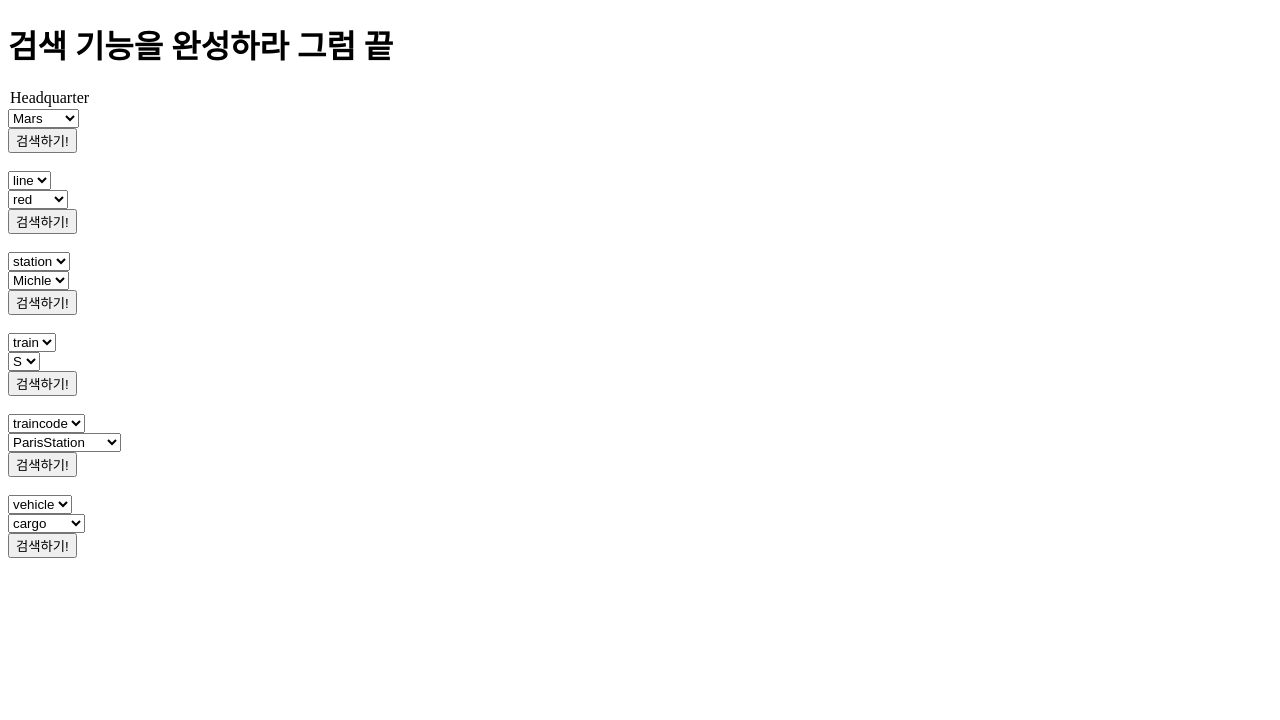
Repository: CISXO/JSP
Page: http://localhost/DB_Project/DB/Search.jsp
These files come from the project's save history. The page is drawn as it stood at one moment and after the next save; the edit follows.
The browser window is 1280 px wide. The pictures show the whole page.
The page is served by Tomcat 9.

Above is the page before, as saved 2022-12-23 09:22:13.

### DbProject/DB_Project/src/main/webapp/DB/Search.jsp
<%@ page language="java" contentType="text/html; charset=utf-8"
    pageEncoding="utf-8" import="java.sql.*"%>
<!DOCTYPE html>
<html>
<head>
<meta charset="EUC-KR">
<title>Insert title here</title>
</head>
<body>
<h1>검색 기능을 완성하라 그럼 끝</h1>
 <form action="Headquarter.jsp" method="get" >
       <div class="row">

        <option>Headquarter</option>
       <div class="row">
      <select name="search">
        <option>Mars</option>
        <option>Earth</option>
        <option>Mercury</option>
        <option>Venus</option>
        <option>Saturn</option>
      </select>
        <input name="checkcheck" type="hidden" placeHolder="검색할 값" value="2">
        </div>
      <button>검색하기!</button>
        </div>
        </form>
        <br>
         <form action="line.jsp" method="get" >
       <div class="row">
      <select name="select">
        <option>line</option>
      </select>
       <div class="row">
      <select name="search">
        <option>red</option>
        <option>blue</option>
        <option>yellow</option>
        <option>puple</option>
        <option>white</option>
      </select>
        <input name="checkcheck" type="hidden" placeHolder="검색할 값" value="2">
        </div>
      <button>검색하기!</button>
        </div>
        </form>


        <br>
         <form action="station.jsp" method="get">
       <div class="row">
      <select name="select">
        <option>station</option>
      </select>
       <div class="row">
      <select name="search">
        <option>Michle</option>
        <option>Jo</option>
        <option>Jk122</option>
        <option>brok</option>
      </select>
        <input name="checkcheck" type="hidden" placeHolder="검색할 값" value="2">
        </div>
      <button>검색하기!</button>
        </div>
        </form>
        <br>
         <form action="train.jsp" method="get">
       <div class="row">
      <select name="select">
        <option>train</option>
      </select>
       <div class="row">
      <select name="search">
        <option>S</option>
        <option>A</option>
        <option>B</option>
        <option>C</option>
        <option>D</option>
        <option>F</option>
      </select>
        <input name="checkcheck" type="hidden" placeHolder="검색할 값" value="2">
        </div>
      <button>검색하기!</button>
        </div>
        </form>
        <br>

         <form action="traincode.jsp" method="get">
       <div class="row">
      <select name="select">
        <option>traincode</option>
      </select>
       <div class="row">
      <select name="search">
        <option>ParisStation</option>
        <option>KoreaStation</option>
        <option>MarsStation</option>
        <option>IndianoStation</option>
        <option>VenusStation</option>
        <option>AmericaStation</option>
      </select>
        <input name="checkcheck" type="hidden" placeHolder="검색할 값" value="2">
        </div>
      <button>검색하기!</button>
        </div>
        </form>

        <br>
         <form action="vehicle.jsp" method="get">
       <div class="row">
      <select name="select">
        <option>vehicle</option>
      </select>
       <div class="row">
      <select name="search">
        <option>cargo</option>
        <option>career</option>
        <option>Decorate</option>
      </select>
        <input name="checkcheck" type="hidden" placeHolder="검색할 값" value="2">
        </div>
      <button>검색하기!</button>
        </div>
        </form><br>

</body>
</html>

After the next save:
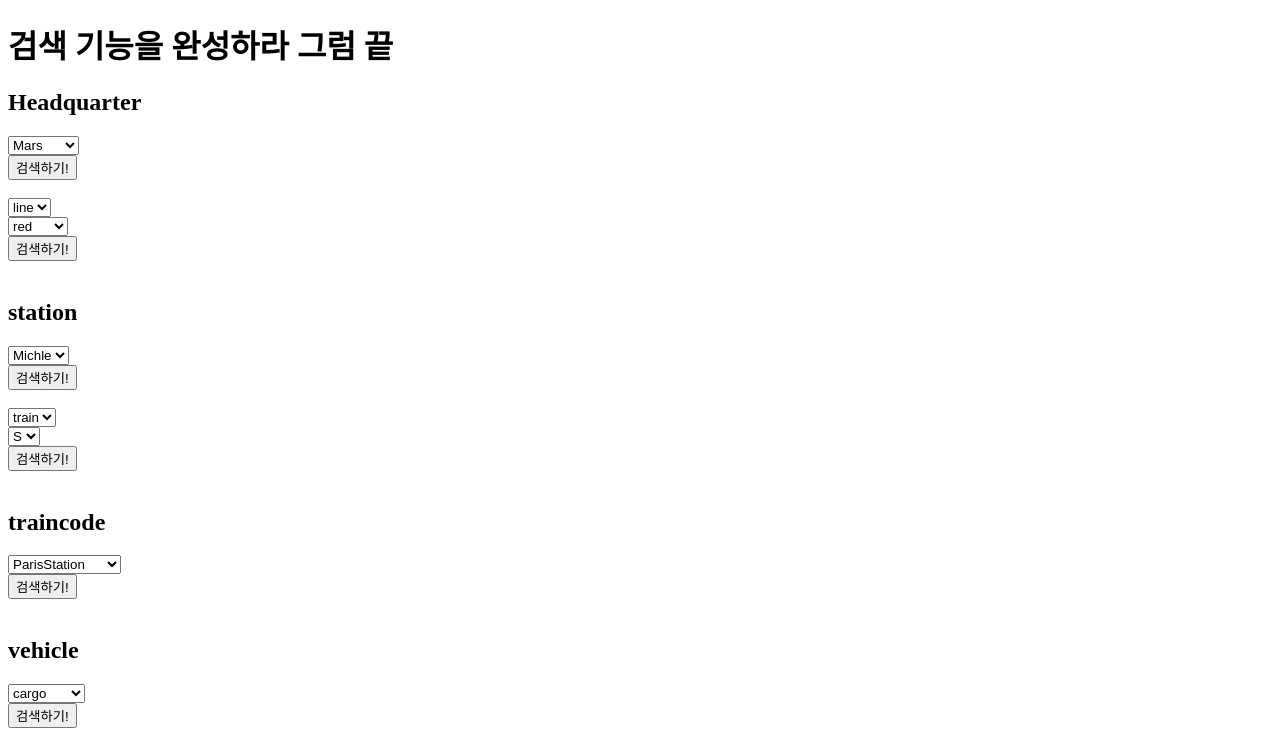
Saved 66 s later.
--- a/DbProject/DB_Project/src/main/webapp/DB/Search.jsp
+++ b/DbProject/DB_Project/src/main/webapp/DB/Search.jsp
@@ -11,7 +11,7 @@
  <form action="Headquarter.jsp" method="get" >
        <div class="row">
 
-        <option>Headquarter</option>
+        <h2>Headquarter</h2>
        <div class="row">
       <select name="search">
         <option>Mars</option>
@@ -49,9 +49,7 @@
         <br>
          <form action="station.jsp" method="get">
        <div class="row">
-      <select name="select">
-        <option>station</option>
-      </select>
+      <h2>station</h2>
        <div class="row">
       <select name="search">
         <option>Michle</option>
@@ -88,8 +86,7 @@
 
          <form action="traincode.jsp" method="get">
        <div class="row">
-      <select name="select">
-        <option>traincode</option>
+      <h2>traincode</h2>
       </select>
        <div class="row">
       <select name="search">
@@ -109,8 +106,7 @@
         <br>
          <form action="vehicle.jsp" method="get">
        <div class="row">
-      <select name="select">
-        <option>vehicle</option>
+      <h2>vehicle</h2>
       </select>
        <div class="row">
       <select name="search">
